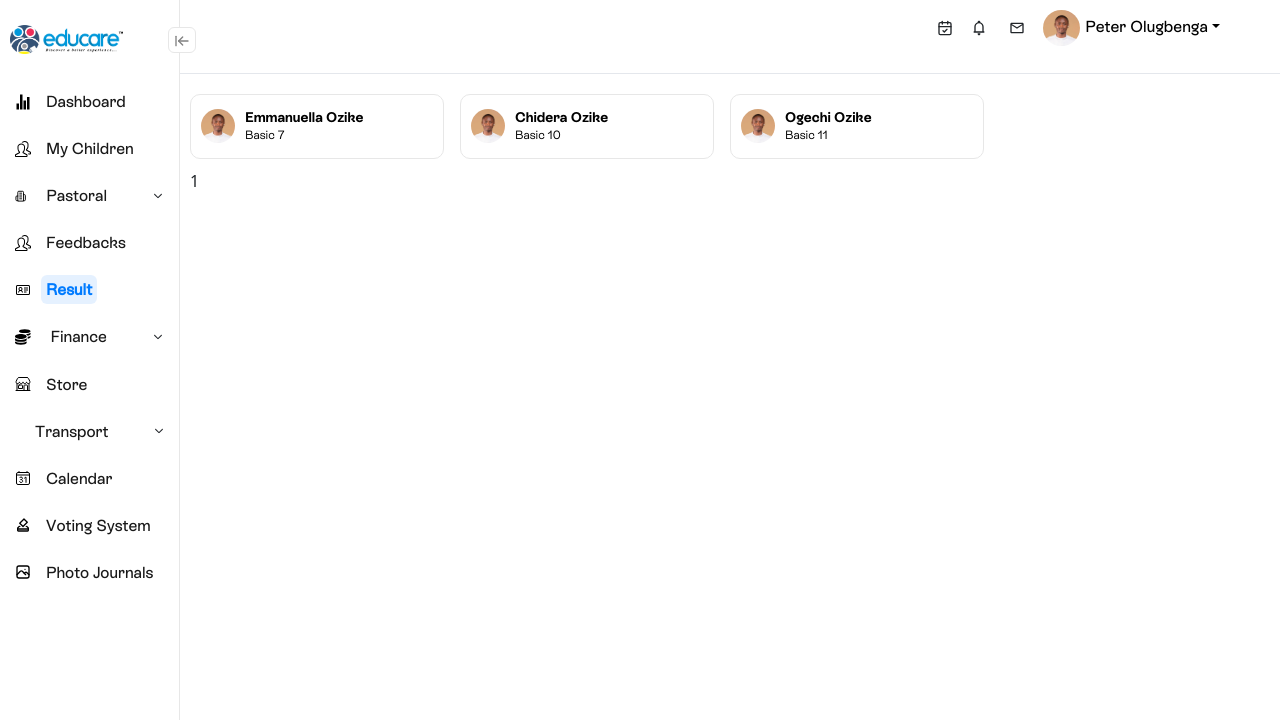
Repository: sarahnnanyelugo/educare-dashboards
Page: /result
The author's editor kept a copy of each file at every save. The page is drawn from the files as they stood at one save, then again after the next save.
The browser window is 1280 px wide. The pictures show the whole page.
The project was rebuilt for these pictures with package versions that can differ from the ones it lists, and the page was loaded fresh each time. Also part of the build but not shown: src/Dashboards/Parents/MainView/main-view.scss, src/components/News/news.scss, src/components/News/News.js, src/TestData/newsData.js, src/TestData/schEvents.js, src/components/ResultChart/ResultChart.js, src/components/Calender/calender.scss, src/components/Calender/Calender.js and 13 more.

Above is the page before, as saved 2024-10-16 11:38:14.

After the next save:
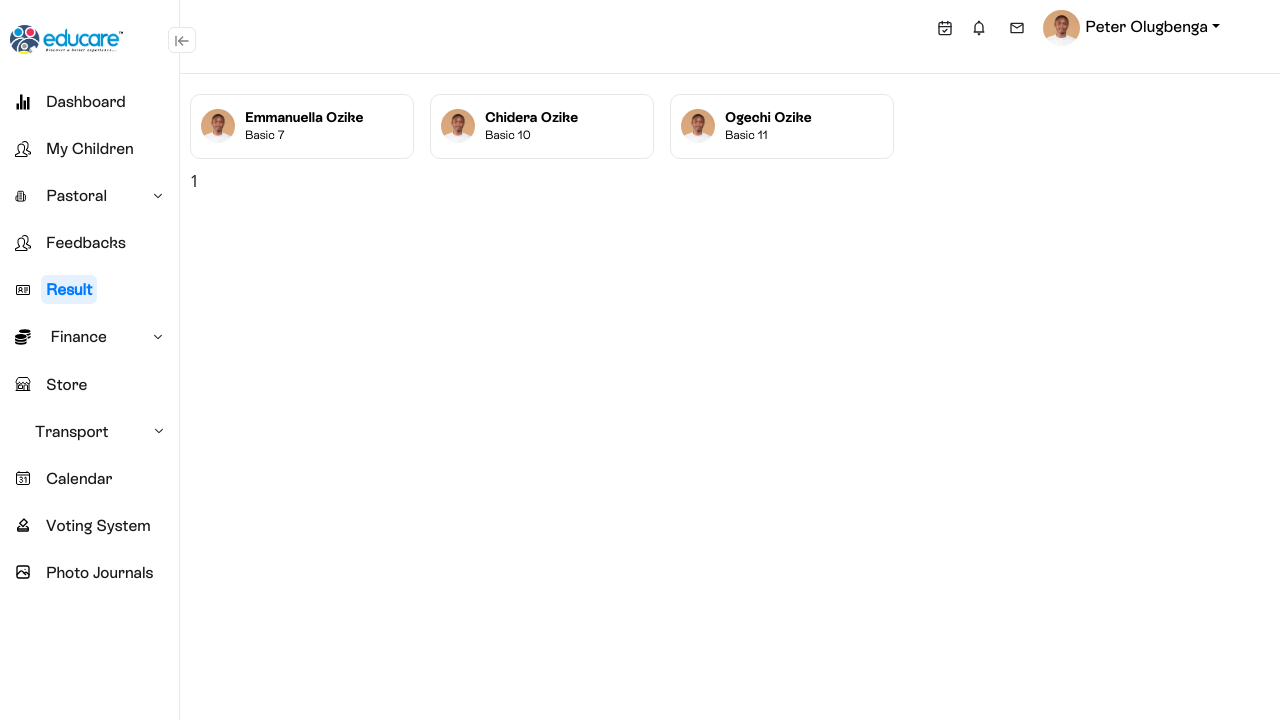
Saved 3 min 14 s later.
--- a/src/Dashboards/Parents/Result/Result.js
+++ b/src/Dashboards/Parents/Result/Result.js
@@ -14,7 +14,7 @@ export const Result = () => {
 
   return (
     <div className="results-div">
-      <div className="tabs col-md-9 row row-cols-1 row-cols-lg-3 g-2 g-lg-3">
+      <div className="tabs col-md-8 row row-cols-1 row-cols-lg-3 g-2 g-lg-3">
         {children.map((data, index) => (
           <Children
             data={data}
